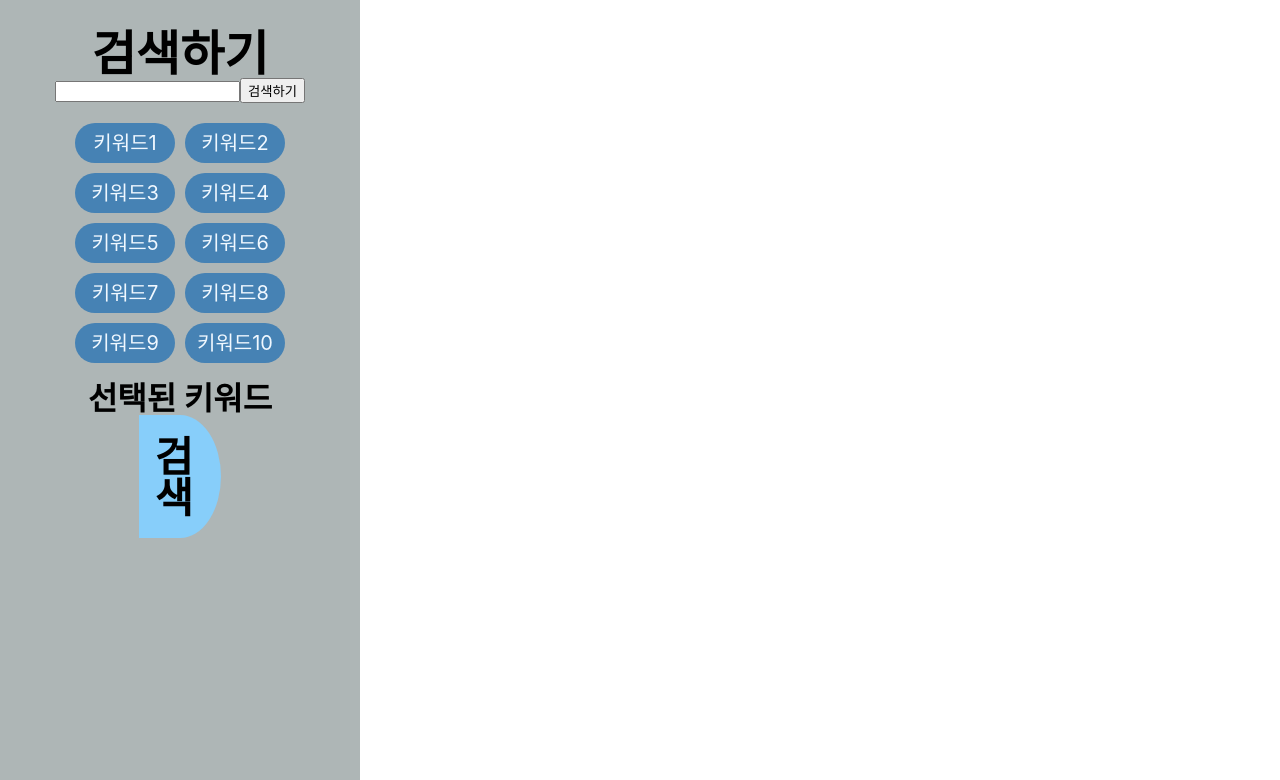
Repository: sunoo-lee/Star-Explore
Page: /
These files come from the project's save history. The page is drawn as it stood at one moment and after the next save; the edit follows.
The browser window is 1280 px wide. The pictures show the whole page.
The project was rebuilt for these pictures with package versions that can differ from the ones it lists, and the page was loaded fresh each time.

Above is the page before, as saved 2022-10-14 04:45:20.

### src/index.js
import React from "react";
import ReactDOM from "react-dom/client";
import "./reset.css";
import "./Style.css";
import App from "./components/App";
// import reportWebVitals from "./reportWebVitals";

const root = ReactDOM.createRoot(document.getElementById("root"));
root.render(
  <React.StrictMode>
    <App />
  </React.StrictMode>
);

// reportWebVitals();

### src/Style.css
html,
body,
#root {
  height: 100%;
}

body {
  margin: 0;
  font-family: -apple-system, BlinkMacSystemFont, "Segoe UI", "Roboto", "Oxygen",
    "Ubuntu", "Cantarell", "Fira Sans", "Droid Sans", "Helvetica Neue",
    sans-serif;
  -webkit-font-smoothing: antialiased;
  -moz-osx-font-smoothing: grayscale;
}

.container {
  height: 100%;
}

.nav {
  padding: 30px;
  background-color: rgb(174, 182, 182);
  width: 300px;
  display: flex;
  flex-direction: column;
  align-items: center;
  height: 100%;
}
.nav h1 {
  font-size: 3rem;
  font-weight: 700;
}
.keyword {
  padding: 20px;
}
.keyword ul {
  display: grid;
  grid-template-columns: 100px 100px;
  gap: 10px;
}
.keyword ul li {
  cursor: pointer;
}
.keyword ul li span {
  display: inline-block;
  font-size: 20px;
  width: 100px;
  height: 40px;
  line-height: 40px;
  text-align: center;
  background-color: lightskyblue;
  border-radius: 25px;
}

.keyword ul li .off {
  background-color: steelblue;
  color: aliceblue;
}
h2 {
  font-size: 2rem;
  font-weight: 700;
}
.selected span {
  display: inline-block;
  font-size: 1.2rem;
  margin: 10px;
}
.nav .nav_toggle {
  font-size: 2.6rem;
  font-weight: 700;
  writing-mode: vertical-lr;
  background-color: lightskyblue;
  /* width: 100px; */
  padding: 20px 30px 20px 10px;
  border-radius: 0 50% 50% 0;
}

### src/components/App.js
import AppRouter from "./Router";

function App() {
  return (
    <>
      <AppRouter />
    </>
  );
}

export default App;

### src/components/Router.js
import { HashRouter as Router, Route, Routes } from "react-router-dom";
import Home from "../routes/Home";

const AppRouter = () => {
  return (
    <Router>
      <Routes>
        <Route exact path="/" element={<Home />} />
      </Routes>
    </Router>
  );
};

export default AppRouter;

### src/routes/Home.js
import React, { useState } from "react";

const Home = () => {
  const [select, setSelect] = useState([]);
  const onClick = (event) => {
    const keyword_btn = event.target;
    keyword_btn.className === "off"
      ? (keyword_btn.className = "on")
      : (keyword_btn.className = "off");

    const selected = event.target.innerText;
    if (keyword_btn.className === "on") {
      setSelect([...select, selected]);
    } else if (keyword_btn.className === "off") {
      setSelect(select.filter((key) => key !== selected));
    }
  };
  return (
    <div className="container">
      <div className="nav">
        <h1>검색하기</h1>
        <form>
          <input type="text" />
          <button>검색하기</button>
        </form>
        <div className="keyword">
          <ul>
            <li>
              <span className="off" onClick={onClick}>
                키워드1
              </span>
            </li>
            <li>
              <span className="off" onClick={onClick}>
                키워드2
              </span>
            </li>
            <li>
              <span className="off" onClick={onClick}>
                키워드3
              </span>
            </li>
            <li>
              <span className="off" onClick={onClick}>
                키워드4
              </span>
            </li>
            <li>
              <span className="off" onClick={onClick}>
                키워드5
              </span>
            </li>
            <li>
              <span className="off" onClick={onClick}>
                키워드6
              </span>
            </li>
            <li>
              <span className="off" onClick={onClick}>
                키워드7
              </span>
            </li>
            <li>
              <span className="off" onClick={onClick}>
                키워드8
              </span>
            </li>
            <li>
              <span className="off" onClick={onClick}>
                키워드9
              </span>
            </li>
            <li>
              <span className="off" onClick={onClick}>
                키워드10
              </span>
            </li>
          </ul>
        </div>
        <h2>선택된 키워드</h2>
        <div className="selected">
          {select.map((key, index) => (
            <span key={index}>{key}</span>
          ))}
        </div>
        <div className="nav_toggle">검색</div>
      </div>
    </div>
  );
};

export default Home;

Loaded but not shown: public/index.html (common file); src/reset.css (common file)

After the next save:
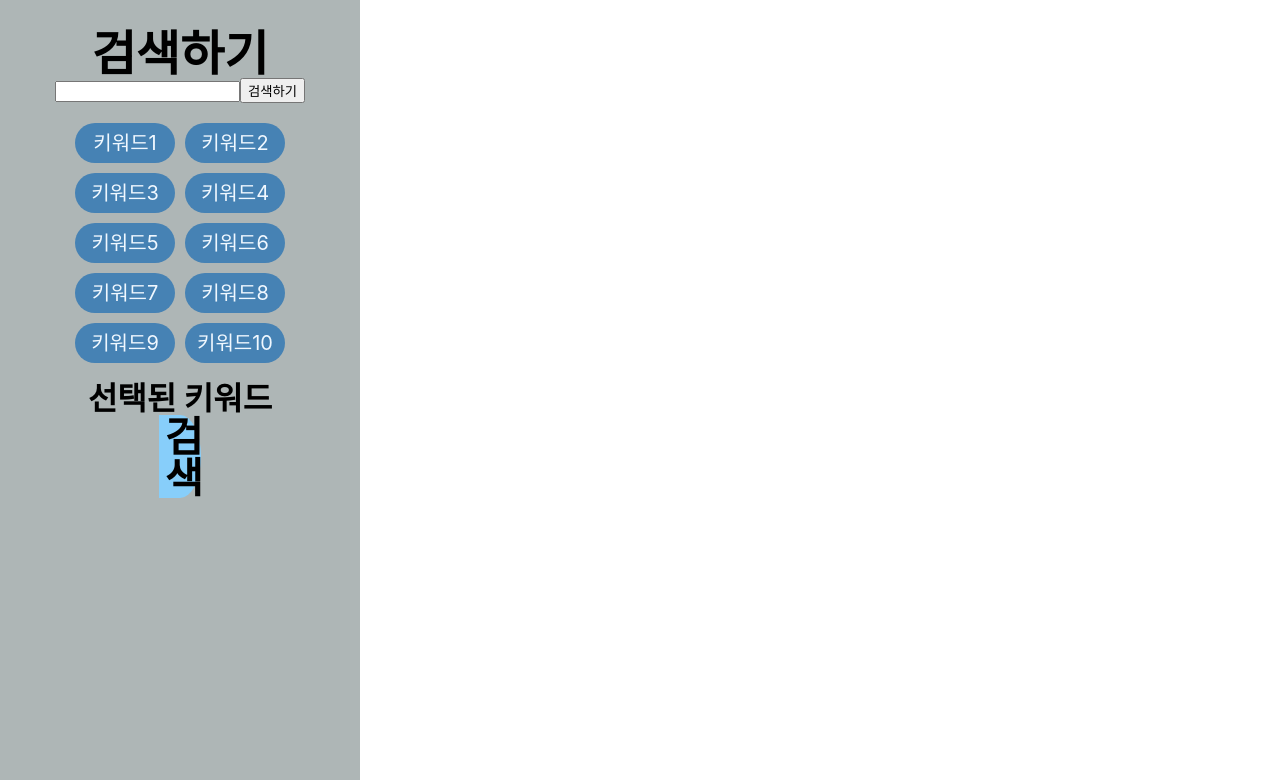
Saved 31 s later.
--- a/src/Style.css
+++ b/src/Style.css
@@ -71,6 +71,6 @@
   writing-mode: vertical-lr;
   background-color: lightskyblue;
   /* width: 100px; */
-  padding: 20px 30px 20px 10px;
+  /* padding: 20px 30px 20px 10px; */
   border-radius: 0 50% 50% 0;
 }

After the save that followed:
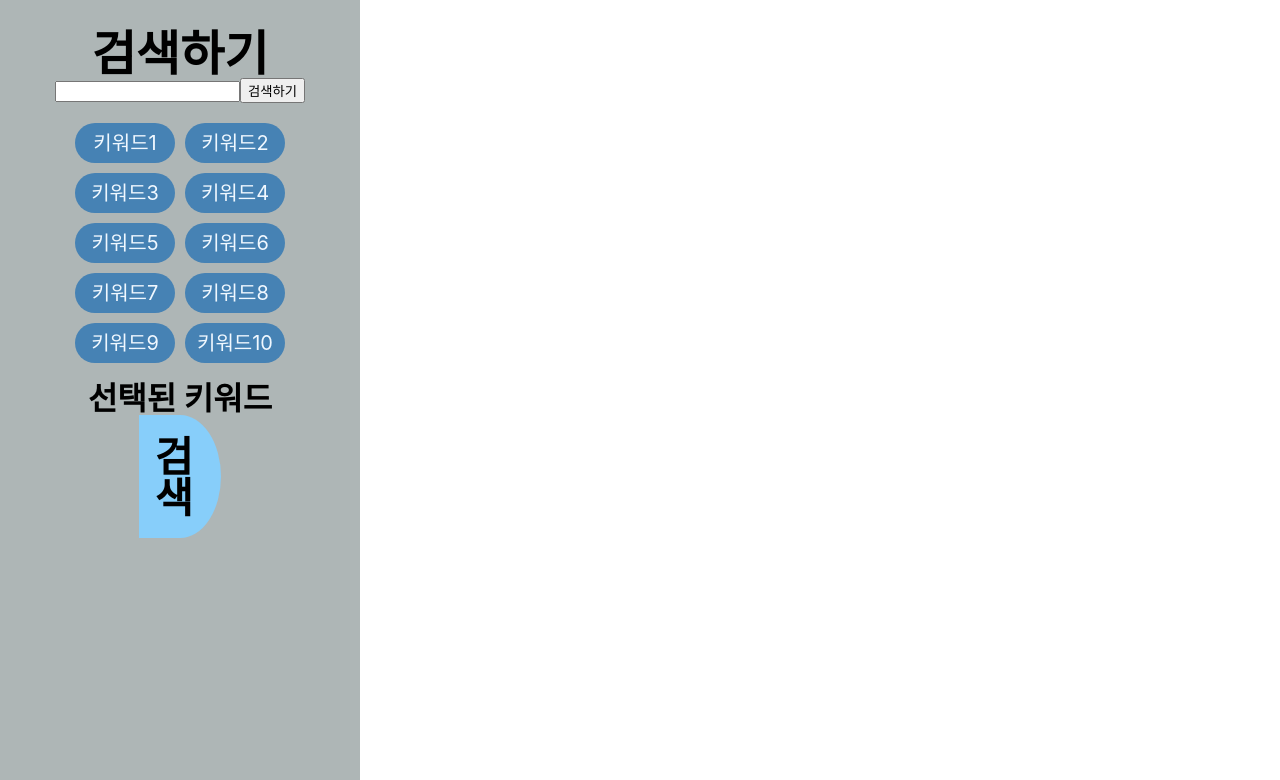
Saved 10 s later.
--- a/src/Style.css
+++ b/src/Style.css
@@ -71,6 +71,6 @@
   writing-mode: vertical-lr;
   background-color: lightskyblue;
   /* width: 100px; */
-  /* padding: 20px 30px 20px 10px; */
-  border-radius: 0 50% 50% 0;
+  padding: 20px 30px 20px 10px;
+  border-radius: 0 100% 100% 0;
 }
